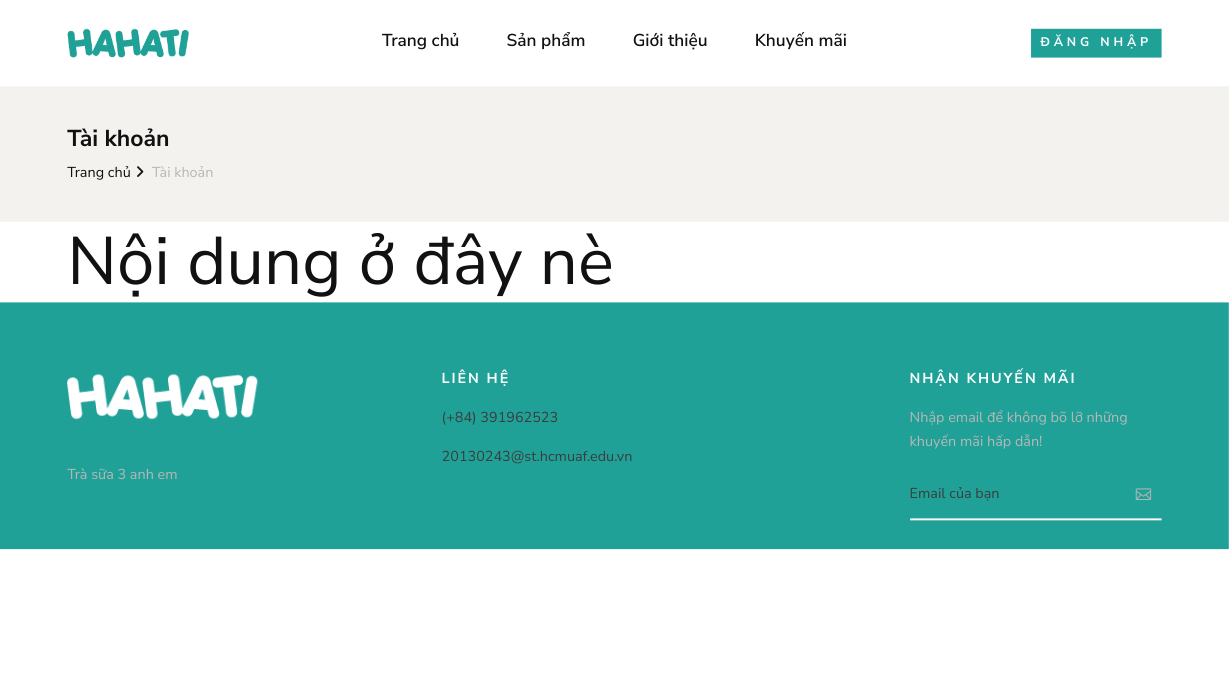
Repository: letrongtinh27/template
Page: login-register.html
These files come from the project's save history. The page is drawn as it stood at one moment and after the next save; the edit follows.
The browser window is 1280 px wide. The pictures show the whole page, at 96% of full size.

Above is the page before, as saved 2022-10-27 11:18:06.
Console error: TypeError: Cannot set properties of null (setting 'onclick')

After the next save:
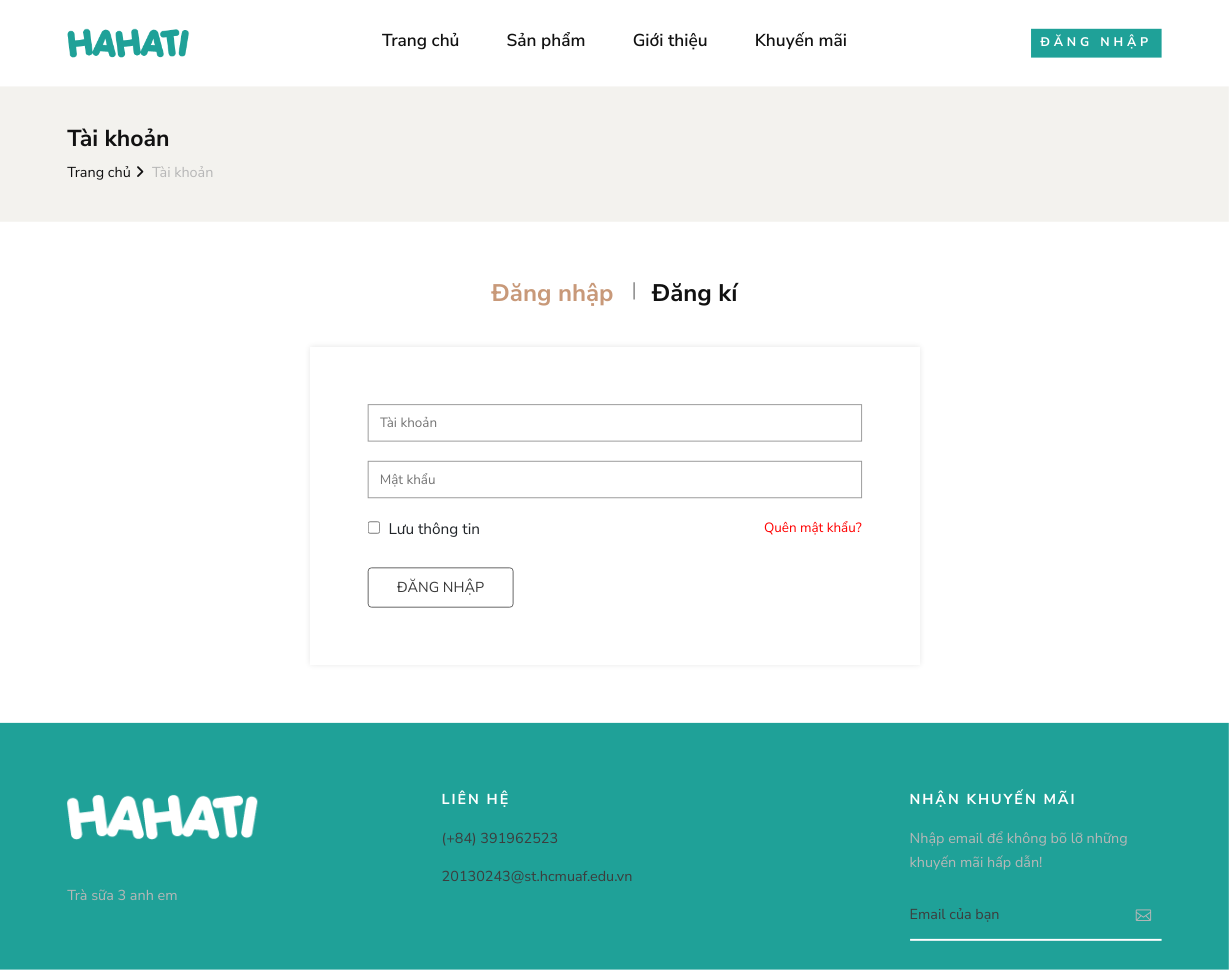
Saved 2 min 33 s later.
--- a/login-register.html
+++ b/login-register.html
@@ -112,7 +112,114 @@
     <!-- Shopping Cart Section Begin -->
     <section class="login-register">
       <div class="container">
-        <h1>Nội dung ở đây nè</h1>
+        <div class="main-content-wrap section-ptb lagin-and-register-page">
+          <div class="container">
+            <div class="row">
+              <div class="col-lg-7 col-md-12 m-auto">
+                <div class="login-register-wrapper">
+                  <!-- login-register-tab-list start -->
+                  <div class="login-register-tab-list nav">
+                    <a class="active" data-bs-toggle="tab" href="#lg1">
+                      <h4>Đăng nhập</h4>
+                    </a>
+                    <a data-bs-toggle="tab" href="#lg2">
+                      <h4>Đăng kí</h4>
+                    </a>
+                  </div>
+                  <!-- login-register-tab-list end -->
+                  <div class="tab-content">
+                    <div id="lg1" class="tab-pane active">
+                      <div class="login-form-container">
+                        <div class="login-register-form">
+                          <form action="#" method="post">
+                            <div class="login-input-box">
+                              <input
+                                type="text"
+                                name="user-name"
+                                placeholder="Tài khoản"
+                              />
+                              <input
+                                type="password"
+                                name="user-password"
+                                placeholder="Mật khẩu"
+                              />
+                            </div>
+                            <div class="button-box">
+                              <div class="login-toggle-btn">
+                                <input type="checkbox" />
+                                <label>Lưu thông tin</label>
+                                <a href="forgotPass.html">Quên mật khẩu?</a>
+                              </div>
+                              <div class="button-box">
+                                <button class="login-btn btn" type="submit">
+                                  <span>Đăng nhập</span>
+                                </button>
+                              </div>
+                            </div>
+                          </form>
+                        </div>
+                      </div>
+                    </div>
+                    <div id="lg2" class="tab-pane">
+                      <div class="login-form-container">
+                        <div class="login-register-form">
+                          <form action="#" method="post">
+                            <div class="login-input-box">
+                              <input
+                                type="text"
+                                name="user-name"
+                                placeholder="Tài khoản"
+                              />
+                              <input
+                                name="user-email"
+                                placeholder="Email"
+                                type="email"
+                              />
+                              <input
+                                type="password"
+                                name="user-password"
+                                placeholder="Mật nhẩu "
+                              />
+                              <input
+                                type="password"
+                                name="user-password"
+                                placeholder="Nhập lại mật nhẩu "
+                              />
+                            </div>
+                            <div class="login-toggle-btn">
+                              <input type="checkbox" />
+                              <label
+                                >Đồng ý với các
+                                <span
+                                  ><a
+                                    href="#"
+                                    style="
+                                      float: none;
+                                      color: blue;
+                                      text-decoration: underline;
+                                    "
+                                  >
+                                    điều khoản</a
+                                  ></span
+                                >
+                                của chúng tôi.</label
+                              >
+                            </div>
+                            <div class="button-box">
+                              <button class="register-btn btn" type="submit">
+                                <span>Đăng kí</span>
+                              </button>
+                            </div>
+                          </form>
+                        </div>
+                      </div>
+                    </div>
+                  </div>
+                </div>
+              </div>
+            </div>
+          </div>
+        </div>
       </div>
     </section>
 
